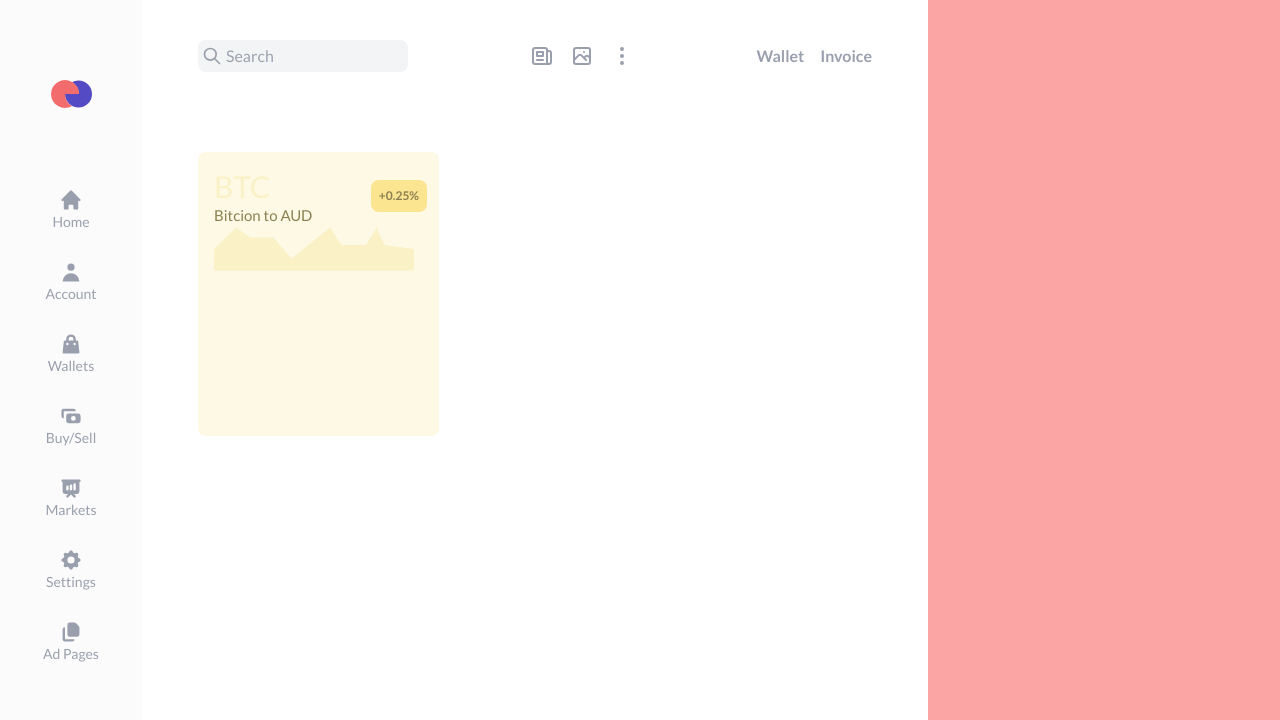
Repository: almaqdad55/crypto-app-nextjs
Page: /
These files come from the project's save history. The page is drawn as it stood at one moment and after the next save; the edit follows.
The browser window is 1280 px wide. The pictures show the whole page.
The project was rebuilt for these pictures with package versions that can differ from the ones it lists, and the page was loaded fresh each time. The framework's server and built-in components were replaced by stand-ins that run in the browser.

Above is the page before, as saved 2022-01-04 20:56:20.

### pages/index.js
import Head from 'next/head';
import Sidebar from '../components/Sidebar';
import Feed from '../components/Feed';
import Widget from '../components/Widget';

export default function Home() {
  return (
    <div className="">
      <Head>
        <title>Crypto Trade</title>
        <link rel="icon" href="/logo.svg" />
      </Head>

      <main className="flex">
        <Sidebar />
        <Feed />
        <Widget />
      </main>
    </div>
  );
}

### styles/globals.css
@import url('https://fonts.googleapis.com/css2?family=Lato:wght@300;400;700&display=swap');

@tailwind base;
@tailwind components;
@tailwind utilities;

@layer base {
  body {
    @apply bg-white font-Lato;
  }
}

@layer components {
  .icon-group {
    @apply flex flex-col  items-center text-sm cursor-pointer text-[#9A9FAD] hover:text-[#544AC3] transition duration-200;
  }
}

### components/Sidebar.jsx
import {
  HomeIcon,
  UserIcon,
  CashIcon,
  ShoppingBagIcon,
  PresentationChartBarIcon,
  CogIcon,
  DocumentDuplicateIcon,
} from '@heroicons/react/solid';

const Sidebar = () => {
  return (
    <div className="flex flex-col items-center  h-screen w-[142px]  bg-[#fbfbfb] ">
      <div className="mt-20">
        <img src="/logo.svg" alt="" />
      </div>
      <div className="mb-40 mt-20 flex flex-col space-y-7">
        <div className="icon-group group">
          <HomeIcon className="h-6 " />
          <span className="">Home</span>
        </div>
        <div className="icon-group group">
          <UserIcon className="h-6 " />
          <span className="">Account</span>
        </div>
        <div className="icon-group group">
          <ShoppingBagIcon className="h-6 " />
          <span className="">Wallets</span>
        </div>
        <div className="icon-group group ">
          <CashIcon className="h-6 " />
          <span className="">Buy/Sell</span>
        </div>
        <div className="icon-group group">
          <PresentationChartBarIcon className="h-6 " />
          <span className="">Markets</span>
        </div>
        <div className="icon-group group">
          <CogIcon className="h-6 " />
          <span className="">Settings</span>
        </div>
        <div className="icon-group group">
          <DocumentDuplicateIcon className="h-6 " />
          <span className="">Ad Pages</span>
        </div>
      </div>
    </div>
  );
};

export default Sidebar;

### components/Feed.jsx
import {
  DotsVerticalIcon,
  PhotographIcon,
  NewspaperIcon,
  SearchIcon,
} from '@heroicons/react/outline';

import Card from './Card';

// import { SearchIcon } from '@heroicons/react/solid';
const Feed = () => {
  return (
    <div className=" flex-grow  bg-white px-14 py-10 space-y-20">
      {/* Top Menu */}
      <div className="flex items-center  justify-between ">
        <div className="flex items-center bg-[#F2F4F5] rounded-lg p-1 space-x-1">
          <SearchIcon className="h-5 text-[#9A9FAD]" />
          <input
            type="text"
            placeholder={`Search`}
            className="outline-none bg-[#F2F4F5]"
          />
        </div>
        <div className="flex space-x-4 text-[#9A9FAD] ">
          <NewspaperIcon className="h-6 " />
          <PhotographIcon className="h-6 " />
          <DotsVerticalIcon className="h-6 " />
        </div>
        <div className="flex text-[16px] font-bold space-x-4 text-[#9A9FAD]  ">
          <p className="">Wallet</p>
          <p className="">Invoice</p>
        </div>
      </div>

      {/* Cards Display */}
      <div>
        <Card />
      </div>
    </div>
  );
};

export default Feed;

### components/Widget.jsx
const Widget = () => {
  return <div className="bg-red-300 min-w-[352px]"></div>;
};

export default Widget;

### components/Card.jsx
const Card = () => {
  return (
    <div className="  w-[241px] h-[284px] bg-[#FDF9E5] rounded-lg relative text-[#8B7F50] p-4">
      <div className="absolute bg-[#FBE591] text-[#8B7F50] text-xs rounded-lg p-2 font-bold top-7 right-3">
        +0.25%
      </div>
      <h1 className="text-3xl text-[#FAF1C7]">BTC</h1>
      <p className="text-[15px]">Bitcion to AUD</p>

      <img src="/bg-btc.svg" alt="" className="z-50 " />
    </div>
  );
};

export default Card;

### tailwind.config.js
module.exports = {
  content: [
    './pages/**/*.{js,ts,jsx,tsx}',
    './components/**/*.{js,ts,jsx,tsx}',
  ],
  theme: {
    extend: {
      fontFamily: {
        Lato: ['Lato', 'sans-serif'],
      },
    },
  },
  plugins: [],
};

Loaded but not shown: pages/_app.js (common file)

After the next save:
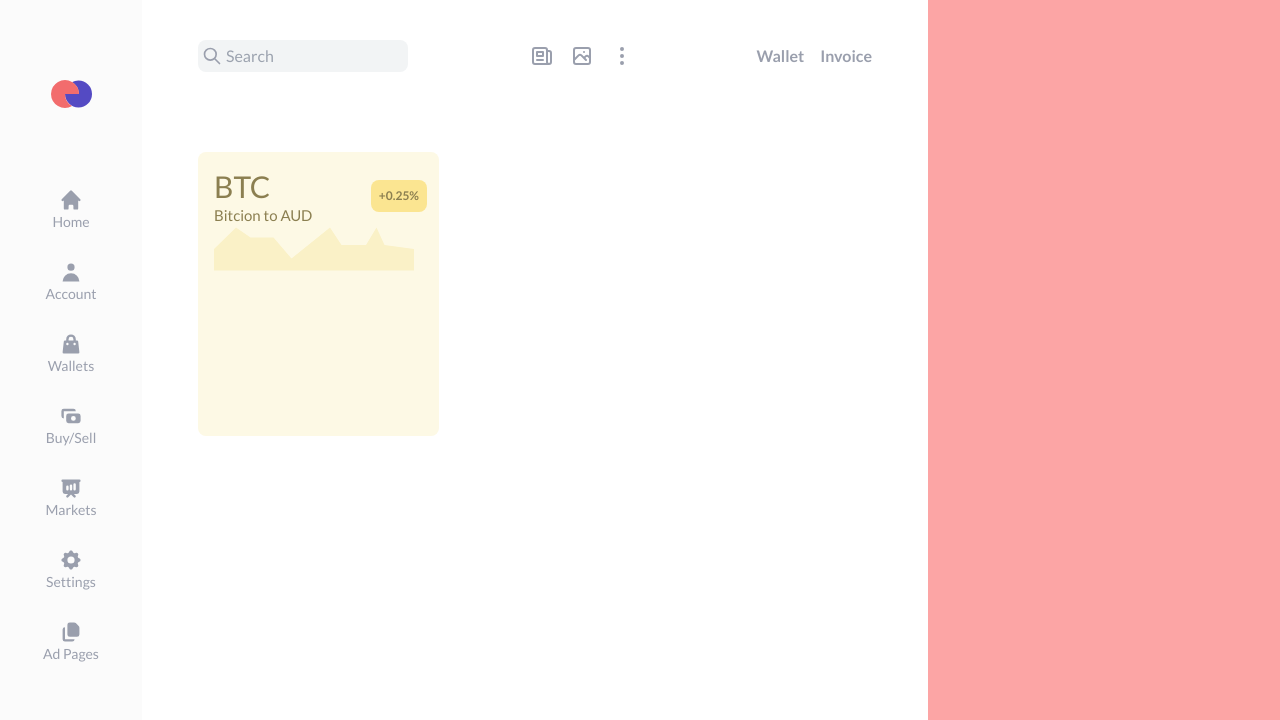
Saved 9 s later.
--- a/components/Card.jsx
+++ b/components/Card.jsx
@@ -4,7 +4,7 @@ const Card = () => {
       <div className="absolute bg-[#FBE591] text-[#8B7F50] text-xs rounded-lg p-2 font-bold top-7 right-3">
         +0.25%
       </div>
-      <h1 className="text-3xl text-[#FAF1C7]">BTC</h1>
+      <h1 className="text-3xl ">BTC</h1>
       <p className="text-[15px]">Bitcion to AUD</p>
 
       <img src="/bg-btc.svg" alt="" className="z-50 " />
